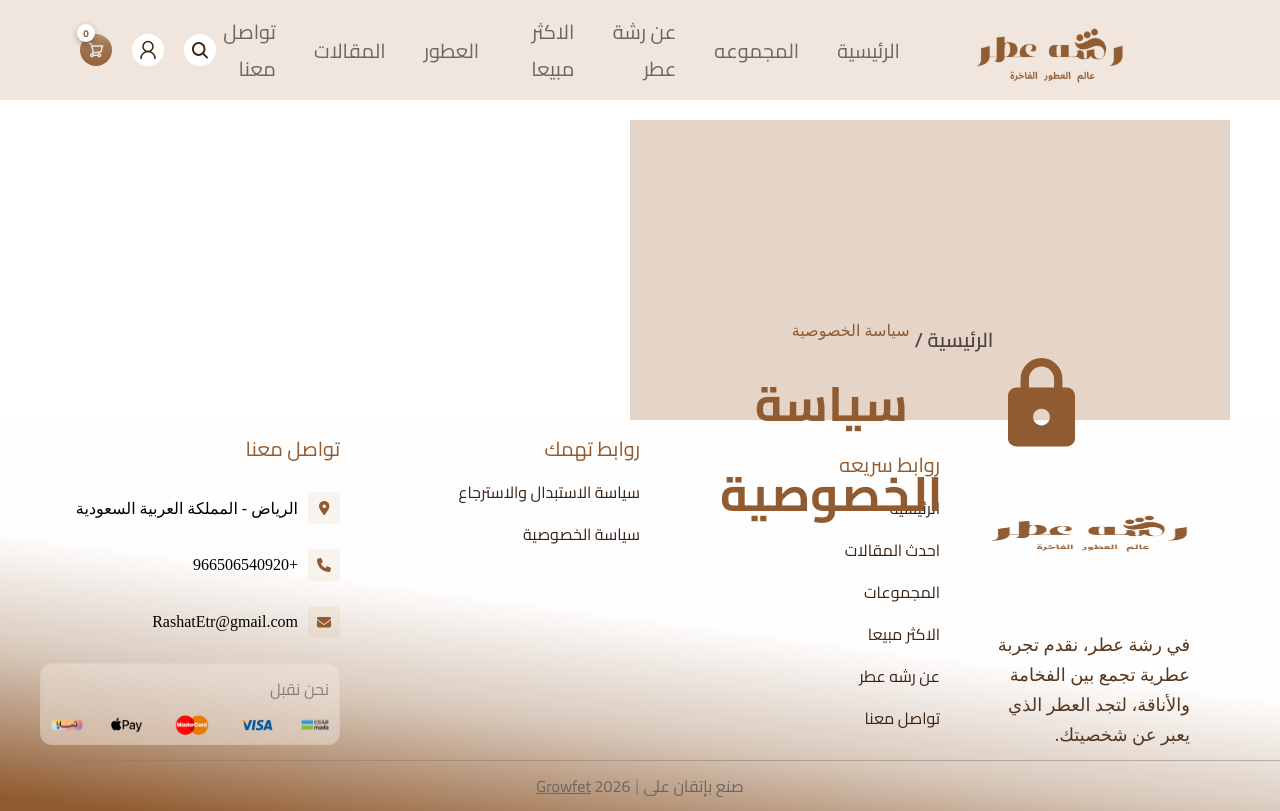
Repository: mahmoudesh74/rashet-3tr
Page: /PrivacyPolicyPage
These files come from the project's save history. The page is drawn as it stood at one moment and after the next save; the edit follows.
The browser window is 1280 px wide. The pictures show the whole page.
Some web fonts or font styles are not loaded; a fallback is used. The project was rebuilt for these pictures with package versions that can differ from the ones it lists, and the page was loaded fresh each time. Also part of the build but not shown: vite.config.js, src/App.css, src/components/HeaderSection/Header.jsx, src/components/GroupSection/GroupSection.css, src/components/GroupSection/GroupSection.jsx, src/components/AboutSection/AboutSection.css, src/components/AboutSection/AboutSection.jsx, src/components/BestSeller/BestSeller.css and 16 more. Imported but missing from the stored project, and not drawn on this page: src/assets/vedio.mp4.

Above is the page before, as saved 2026-09-23 11:03:35.

After the next save:
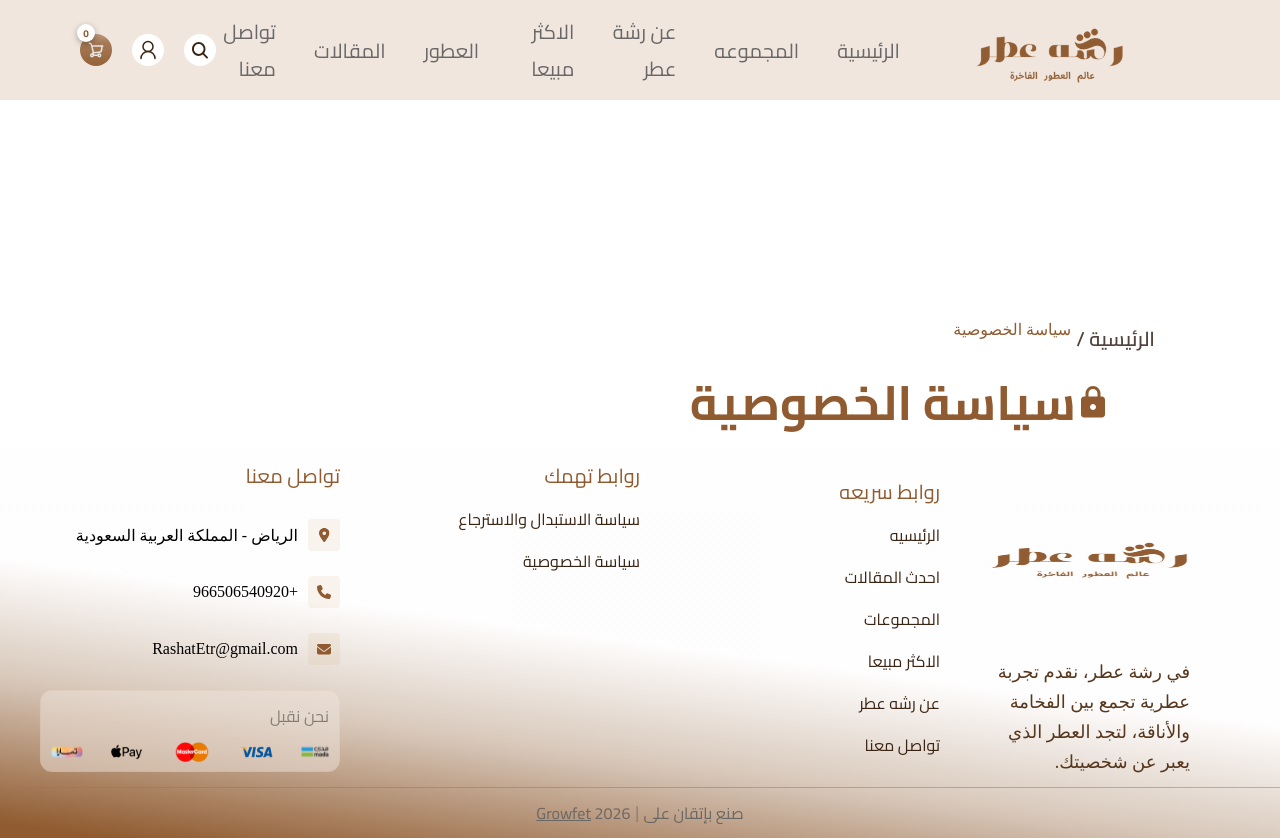
Saved 56 s later.
--- a/src/pages/PrivacyPolicy/privacyPolicy.css
+++ b/src/pages/PrivacyPolicy/privacyPolicy.css
@@ -3,7 +3,7 @@
   padding-right: 50px;
   width: 100%;
 }
-.HeaderContent{
+.pageHeaderContent{
     width:100%;
     height: 300px;
     display: flex;
